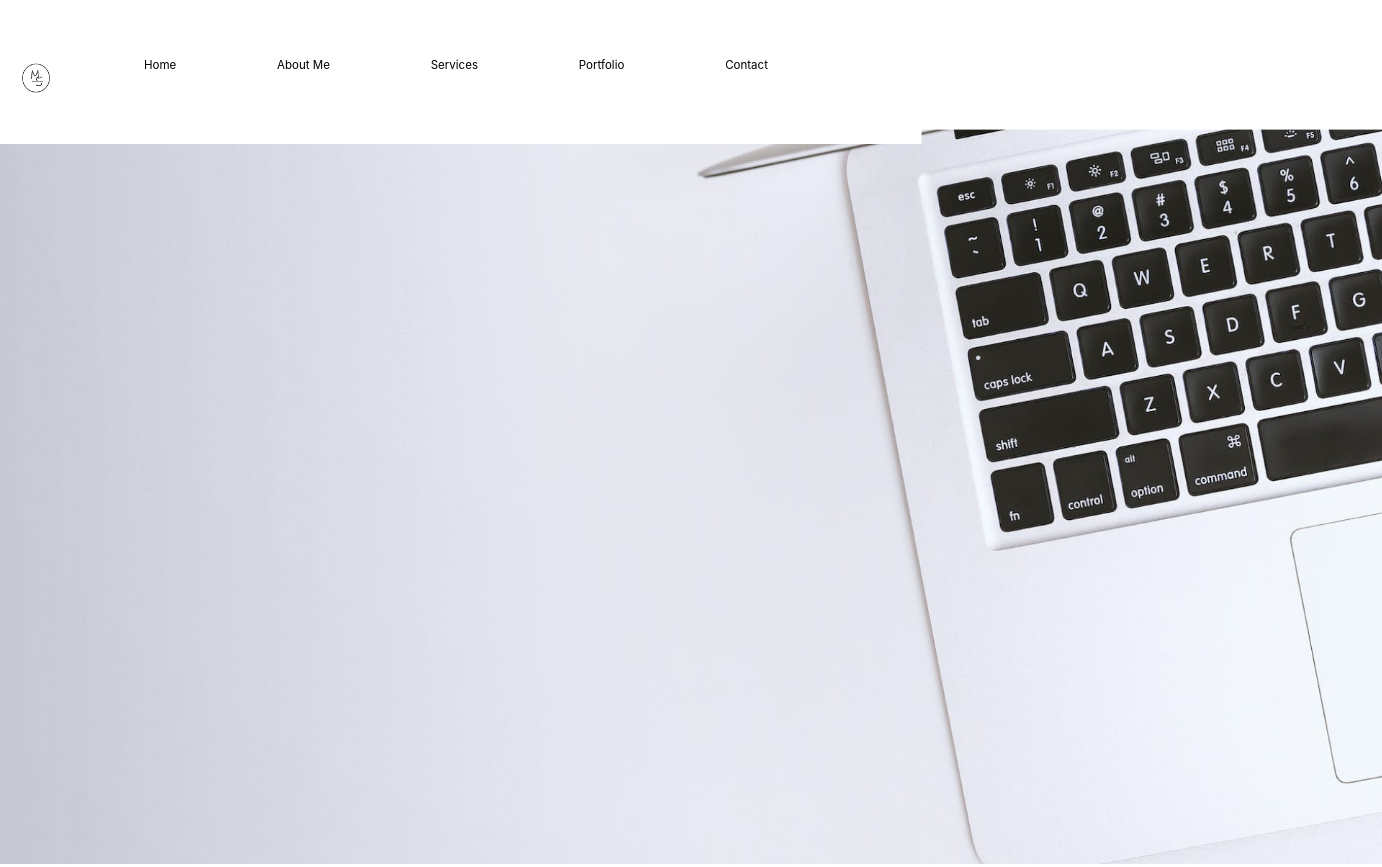
Repository: MEROO1010/Portfolio-2
Page: /
These files come from the project's save history. The page is drawn as it stood at one moment and after the next save; the edit follows.
The browser window is 1280 px wide. The page is 1920 px wide, so the pictures cover 1920 px, including what lies to the right of the window. The pictures show the whole page, at 72% of full size.
The project was rebuilt for these pictures with package versions that can differ from the ones it lists, and the page was loaded fresh each time.

Above is the page before, as saved 2023-12-16 11:01:05.

### src/App.js
import './App.css';
import Home from './components/Home';
import Navbar from './components/Navbar';

function App() {
  return (
    <div className="App">
     <Navbar/>
     <Home/>
    </div>
  );
}

export default App;

### src/components/Home.js
import React from 'react'
import HomeImage from "../images/header background.png";
import styled from "styled-components"


const Home = () => {
  return (
    <Container>
        <img src={HomeImage}alt=""/>
    </Container>
  )
}

const Container = styled.div`
 width: 100%;
`

export default Home

### src/components/Navbar.js
import React from 'react'
import styled from "styled-components"
import MYLOGO from "../images/white logo.png";

const Navbar = () => {
  return (
    <Container>
       <ul>
          <li>Home</li>
          <li>About Me</li>
          <li>Services</li>
          <li>Portfolio</li>
          <li>Contact</li>
       </ul>

       <Logo>
       <img src={MYLOGO}alt=""/>
       </Logo>
    </Container>
  )
}


const Container = styled.div `
  padding-top:40px;
  background-color:white;
  position:relative;
  top:20px;



  ul{
    position:static
   list-style-type: none;
  margin: 20px;
  padding: 10;
  top: 20px;
  overflow: hidden;
  }

  li {
    position:sticky;
    justifyContent: flex-end;
    display: flex;
    right:100px;
  float: left;
  padding-left: 20px;
  margin-left:120px;


}
li a {
  display: block;
  color: white;
  text-align: center;
  padding: 16px;
  text-decoration: none;
}

li a:hover {
  background-color: #111111;
}
`

const Logo = styled.div `
position:relative;
bottom:40px;
padding-bottom:80px;
 img{
 width:60px;
 height:60px;
 float: left;
 margin-left:20px;
 padding-bottom:20px;
 justifyContent: flex-end;

 }
`

export default Navbar

Loaded but not shown: public/index.html (common file); src/index.js (common file); src/index.css (common file); src/reportWebVitals.js (common file); src/App.css (common file)

After the next save:
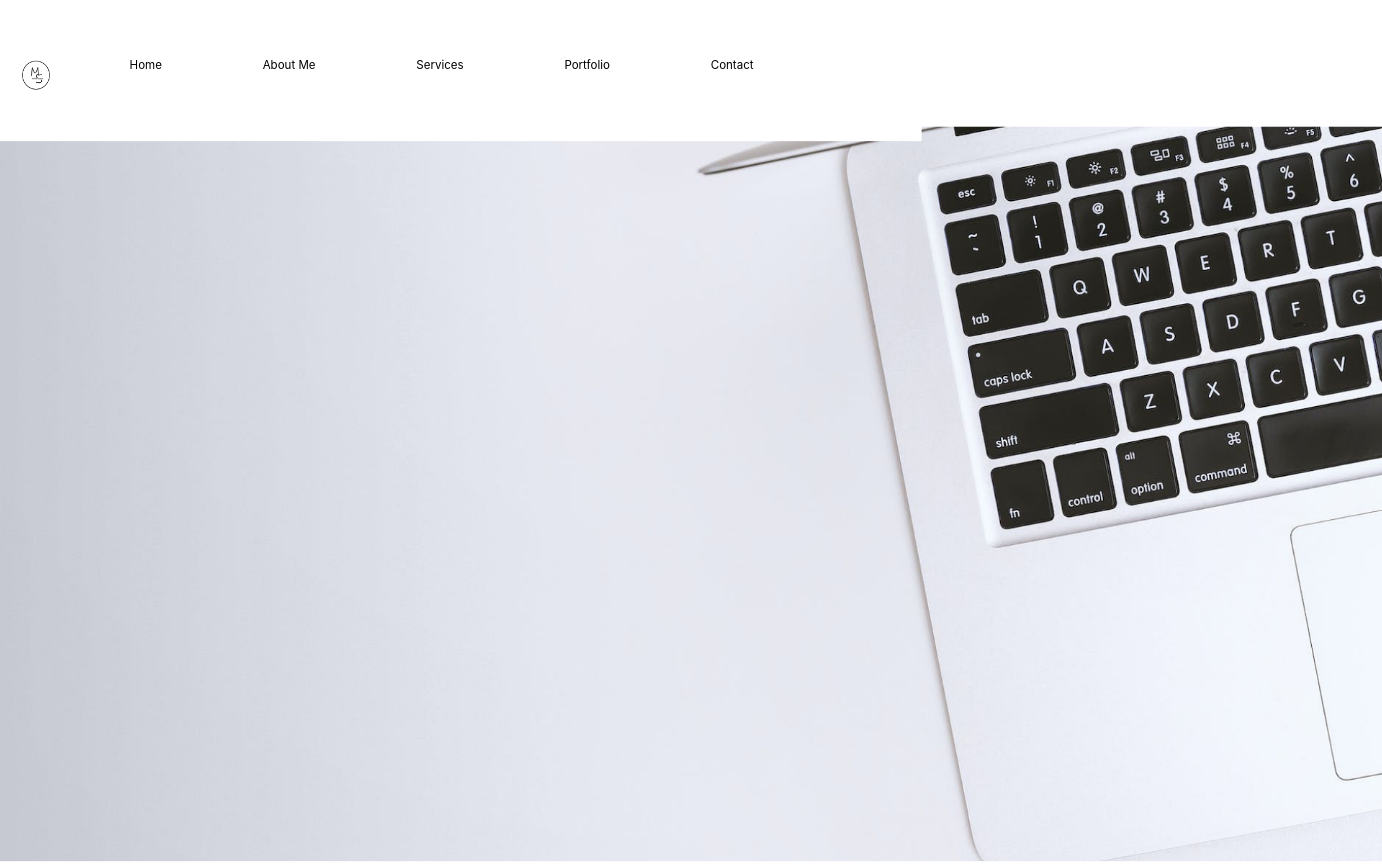
Saved 7 s later.
--- a/src/components/Navbar.js
+++ b/src/components/Navbar.js
@@ -32,7 +32,7 @@ const Container = styled.div `
   ul{
     position:static
    list-style-type: none;
-  margin: 20px;
+  margin-top: 20px;
   padding: 10;
   top: 20px;
   overflow: hidden;
